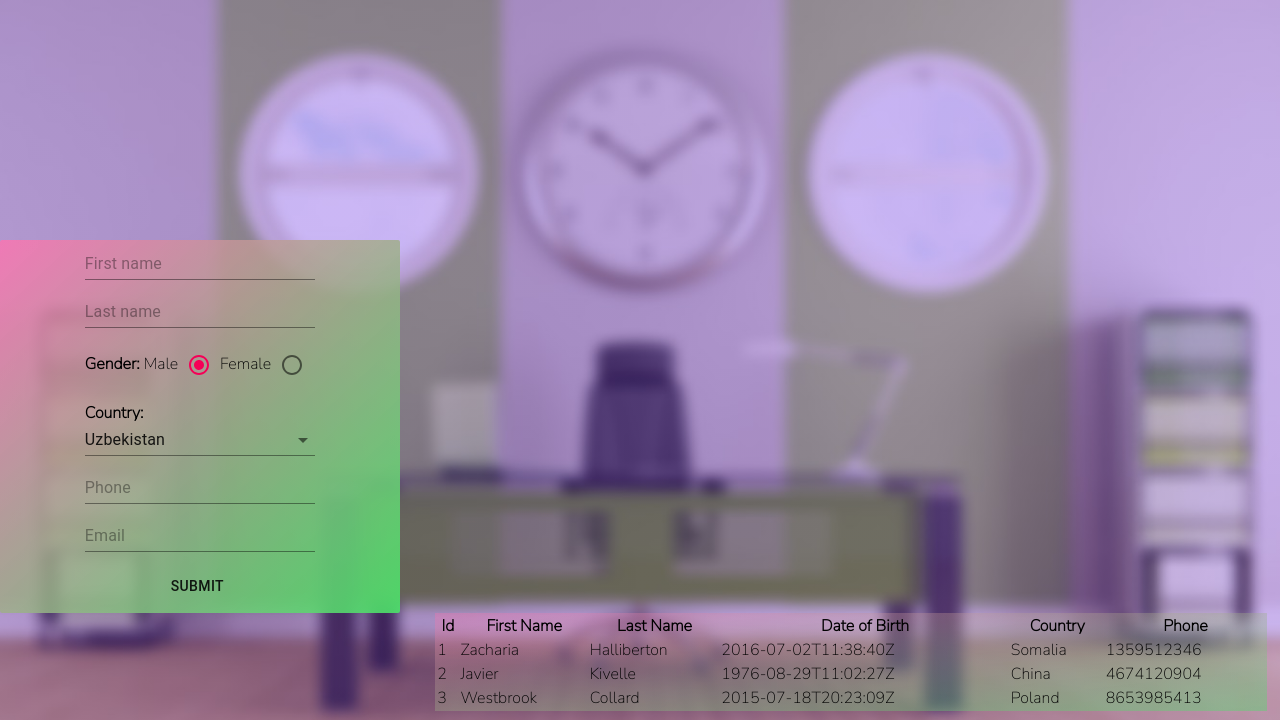
Repository: abrorsaidov/table-table
Page: /
An editor plug-in stored every save of this project. The page is shown before and after the next save, followed by the edit.
The browser window is 1280 px wide. The pictures show the whole page.
The project was rebuilt for these pictures with package versions that can differ from the ones it lists, and the page was loaded fresh each time. Also part of the build but not shown: src/components/ComponentC.js.

Above is the page before, as saved 2020-12-05 00:38:43.

After the next save:
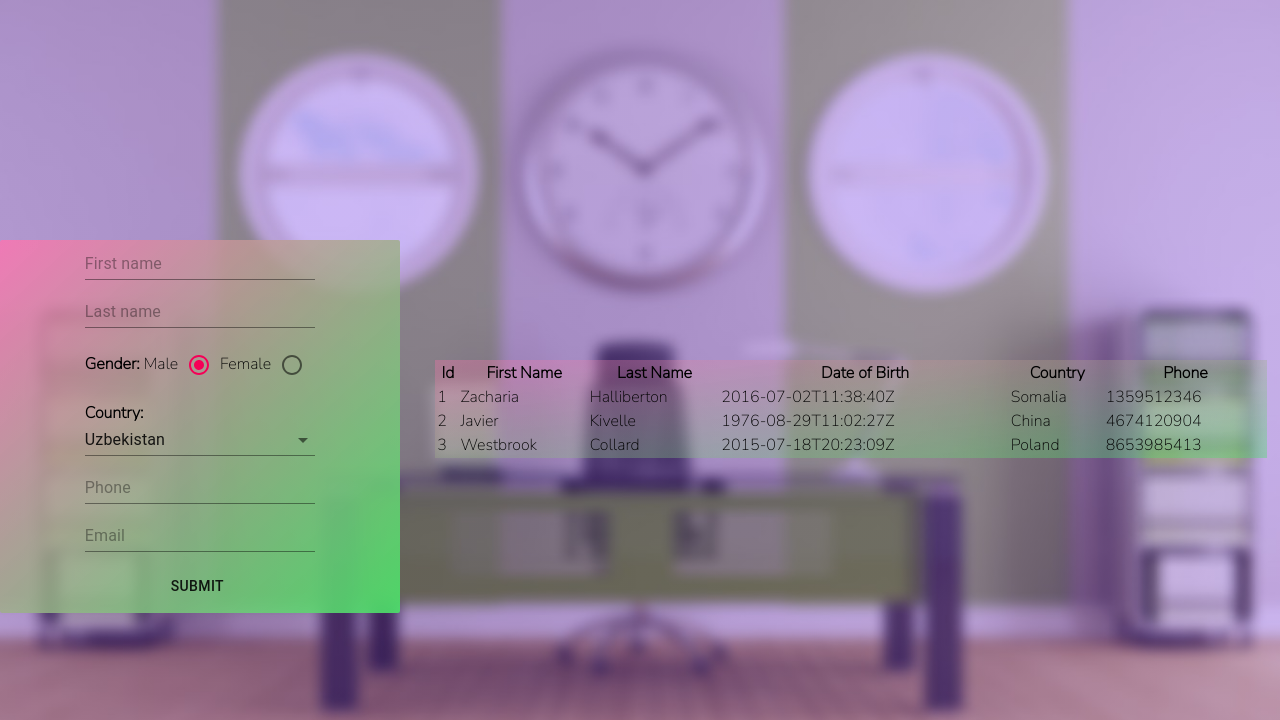
Saved 27 s later.
--- a/src/App.css
+++ b/src/App.css
@@ -81,6 +81,7 @@ option {
   );
   position: absolute;
   width: 65%;
+  top: 50%;
   right: 1%;
   /* justify-content: center;
   display: flex; */
